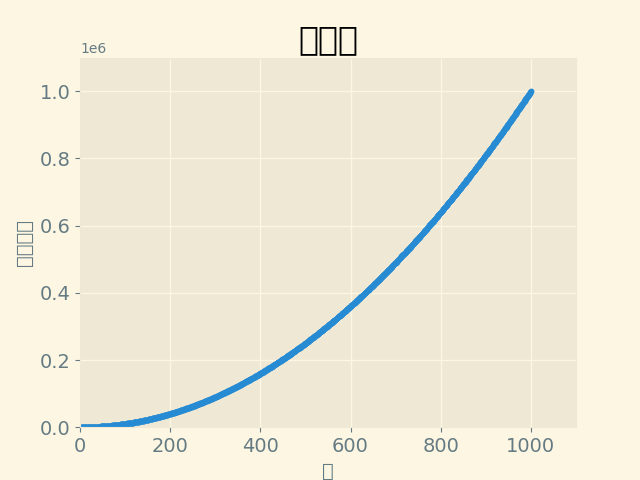
Repository: wh-debug/Matplotlib
Script's output: python make_scatter.py
These files come from the project's save history. The script's output is drawn as it stood at one moment and after the next save; the edit follows.
Random numbers start from a fixed seed.

Above is the script's output before, as saved 2021-02-23 15:23:13.

### make_scatter.py
'''
Author: your name
Date: 2021-02-20 08:00:13
LastEditTime: 2021-02-23 15:23:13
LastEditors: Please set LastEditors
Description: In User Settings Edit
FilePath: \Matplotlib\make_scatter.py
'''
import matplotlib.pyplot as plt

x_value = range(1, 1001)
y_value = [x**2 for x in x_value] #todo 使用for循环来进行计算

plt.style.use('Solarize_Light2')
fig, ax = plt.subplots()
ax.scatter(x_value, y_value, s=10) #todo 其中s=200是指定点的大小

ax.set_title("平方数", fontsize=24)
ax.set_xlabel("值", fontsize=14)
ax.set_ylabel("值的平方", fontsize=14)

ax.tick_params(axis='both', which='major', labelsize=14)

ax.axis([0, 1100, 0, 1100000]) #todo 设置每个坐标轴的取值范围
plt.show()

After the next save:
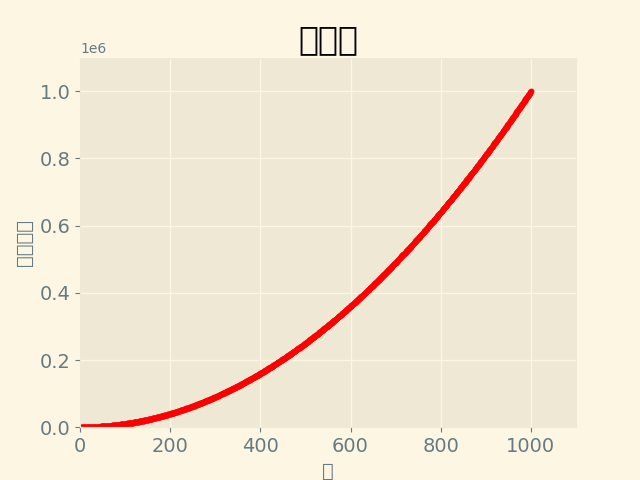
Saved 45 s later.
--- a/make_scatter.py
+++ b/make_scatter.py
@@ -1,7 +1,7 @@
 '''
 Author: your name
 Date: 2021-02-20 08:00:13
-LastEditTime: 2021-02-23 15:23:13
+LastEditTime: 2021-02-23 15:23:58
 LastEditors: Please set LastEditors
 Description: In User Settings Edit
 FilePath: \Matplotlib\make_scatter.py
@@ -13,7 +13,7 @@ y_value = [x**2 for x in x_value] #todo 使用for循环来进行计算
 
 plt.style.use('Solarize_Light2')
 fig, ax = plt.subplots()
-ax.scatter(x_value, y_value, s=10) #todo 其中s=200是指定点的大小
+ax.scatter(x_value, y_value, c='red', s=10) #todo 其中s=200是指定点的大小
 
 ax.set_title("平方数", fontsize=24)
 ax.set_xlabel("值", fontsize=14)
